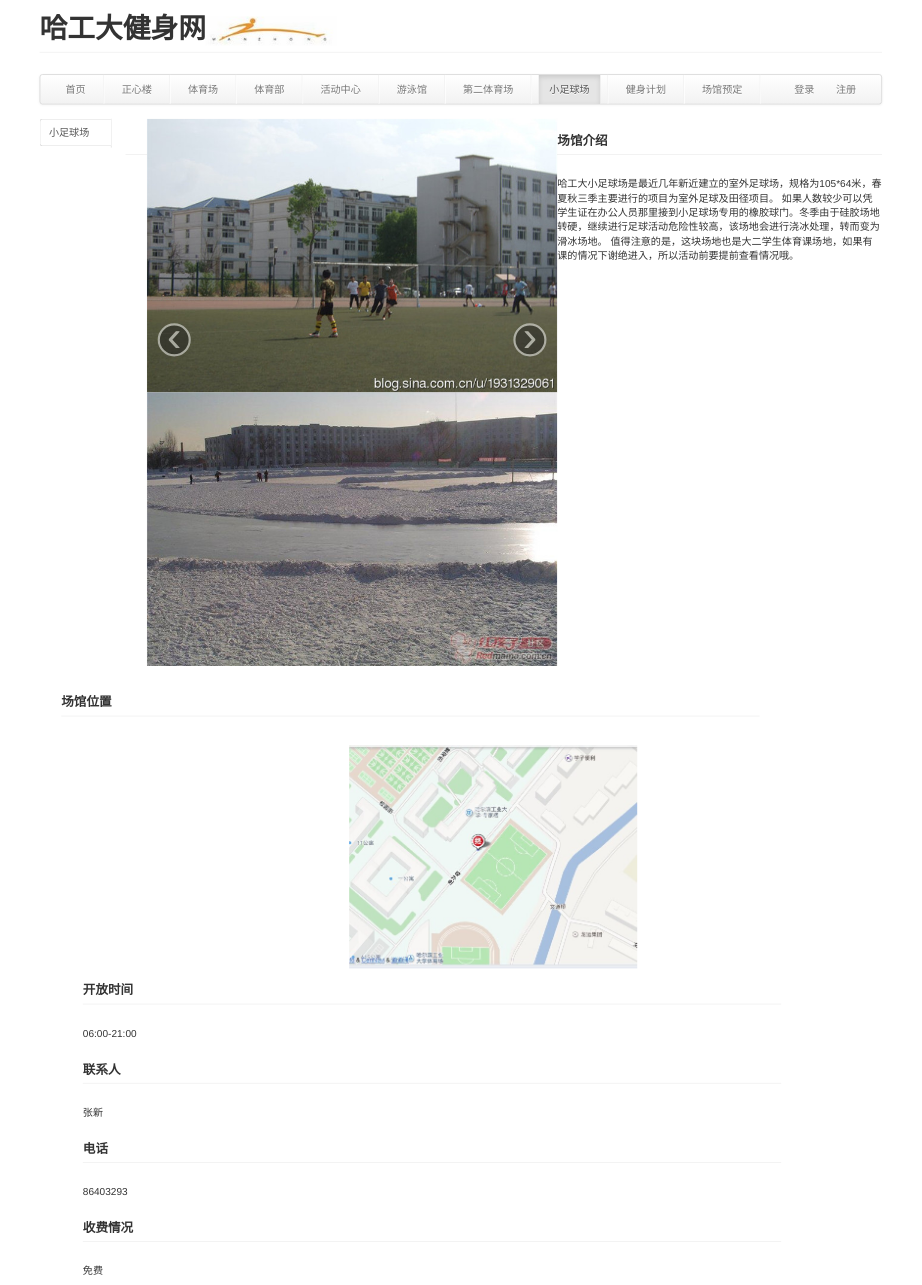
Repository: hitDeveloper/fitness
Page: http://localhost/project/xiaozuqiuchang.jsp
The author's editor kept a copy of each file at every save. The page is drawn from the files as they stood at one save, then again after the next save.
The browser window is 1280 px wide. The pictures show the whole page, at 72% of full size.
The page is served by Tomcat 9. Nobody is signed in. The application's start-up code is not run.

Above is the page before, as saved 2014-11-14 12:15:47.

After the next save:
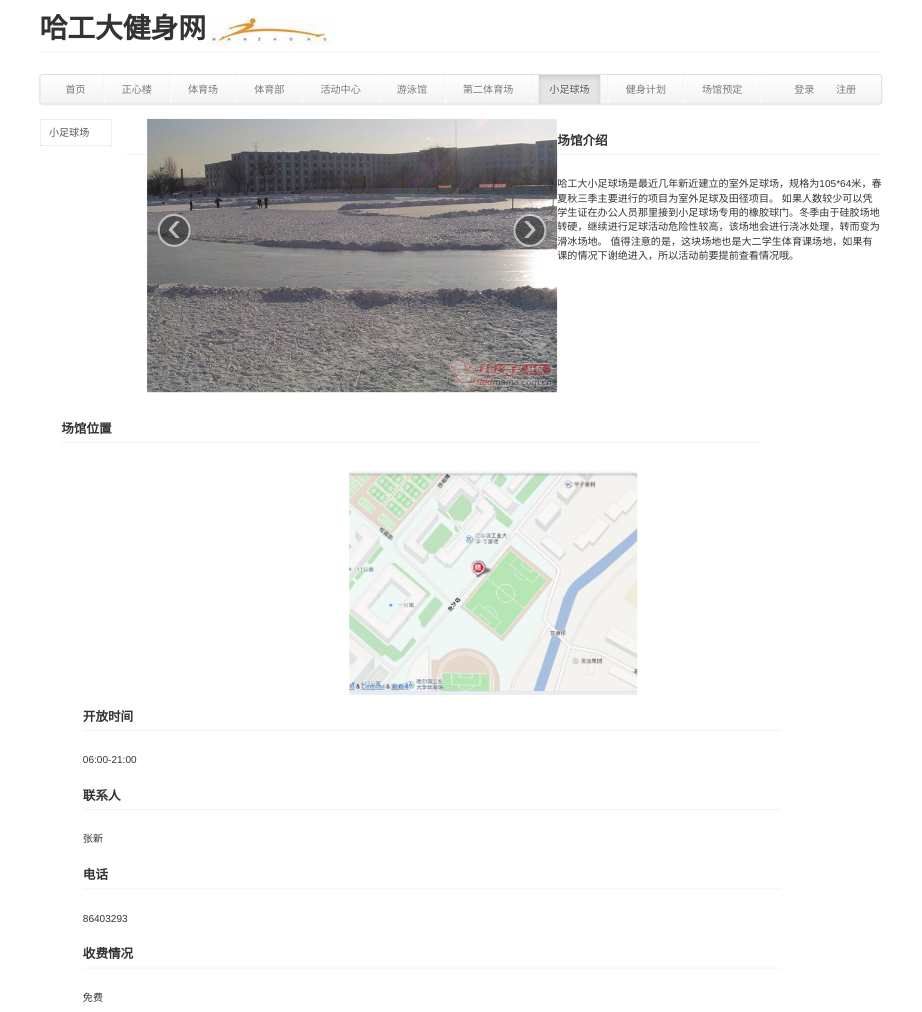
Saved 4 s later.
--- a/Project/project/WebRoot/xiaozuqiuchang.jsp
+++ b/Project/project/WebRoot/xiaozuqiuchang.jsp
@@ -52,7 +52,7 @@
 <div class="span6">
 <div class="carousel slide" id="carousel1">
 <div class="carousel-inner">
-<div class="item active">
+<div class="item">
 <img src="image/gym/xiaozuqiuchang/731dbe25tdd20461e8051&690.jpg" alt="">
 </div>
 <div class="item">
